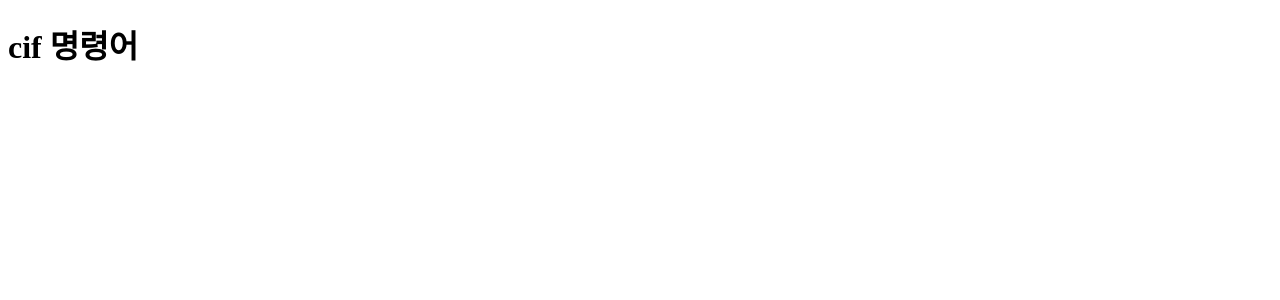
Repository: hwimi/2024-04-12
Page: http://localhost/jstl_study/step-2.jsp
An editor plug-in stored every save of this project. The page is shown before and after the next save, followed by the edit.
The browser window is 1280 px wide. The pictures show the whole page.
The page is served by Tomcat 9. Other server files are loaded and not shown.

Above is the page before, as saved 2024-04-11 02:46:20.

### jstl_study/src/main/webapp/step-2.jsp
<%@ page language="java" contentType="text/html; charset=UTF-8"
	pageEncoding="UTF-8"%>
<!DOCTYPE html>
<html>
<head>
<meta charset="UTF-8">
<title>Insert title here</title>
</head>
<body>
	<h1>cif 명령어</h1>
	<!-- query String 에서 보낸 데이터 받기 -->
</body>
</html>

After the next save:
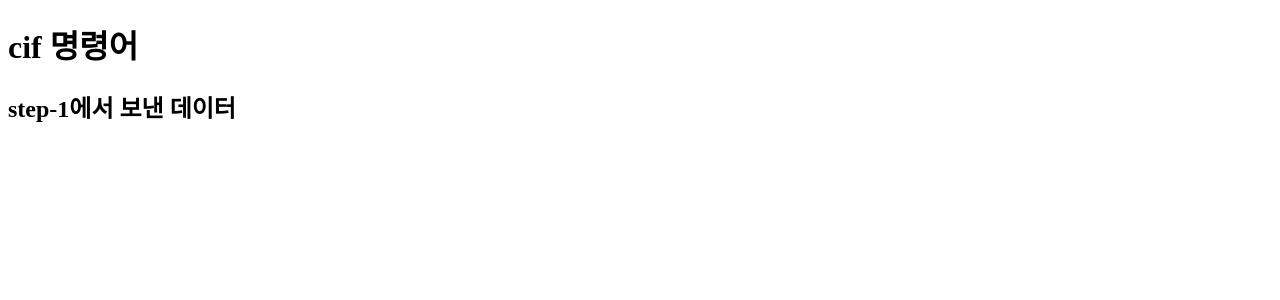
Saved 12 s later.
--- a/jstl_study/src/main/webapp/step-2.jsp
+++ b/jstl_study/src/main/webapp/step-2.jsp
@@ -9,5 +9,6 @@
 <body>
 	<h1>cif 명령어</h1>
 	<!-- query String 에서 보낸 데이터 받기 -->
+	<h2>step-1에서 보낸 데이터</h2>
 </body>
 </html>
